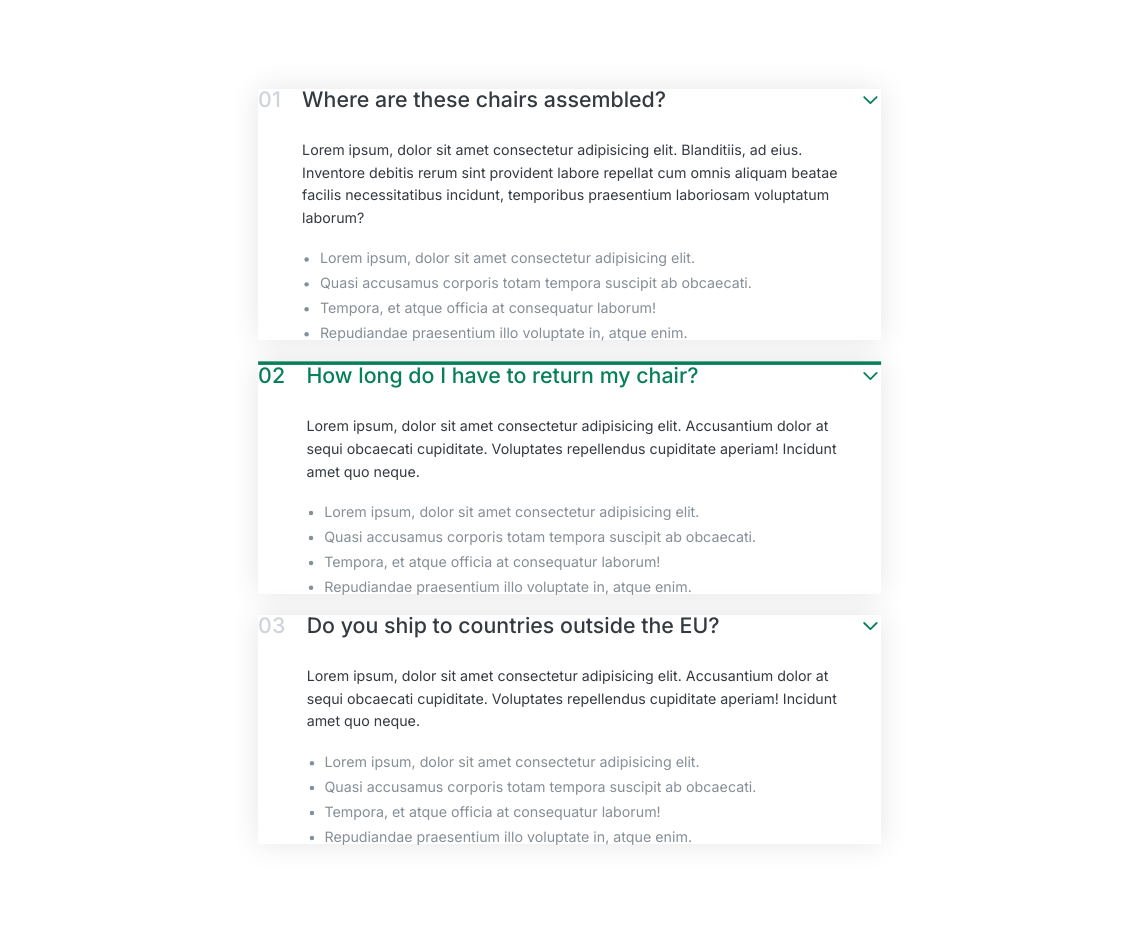
Repository: nghiakma/HTML-CSS-Fundamental
Page: Component_LayoutPatterns/accordion.html
The author's editor kept a copy of each file at every save. The page is drawn from the files as they stood at one save, then again after the next save.
The browser window is 1280 px wide. The pictures show the whole page, at 89% of full size.

Above is the page before, as saved 2023-08-26 11:14:42.

### Component_LayoutPatterns/accordion.html
<!DOCTYPE html>
<html lang="en">

<head>
  <meta charset="UTF-8">
  <meta name="viewport" content="width=device-width, initial-scale=1.0">
  <link href="https://fonts.googleapis.com/css2?family=Inter:wght@400;500;700&display=swap" rel="stylesheet" />
  <title>Accordion Component</title>
  <style>
    /*
      SPACING SYSTEM (px)
      2 / 4 / 8 / 12 / 16 / 24 / 32 / 48 / 64 / 80 / 96 / 128
      FONT SIZE SYSTEM (px)
      10 / 12 / 14 / 16 / 18 / 20 / 24 / 30 / 36 / 44 / 52 / 62 / 74 / 86 / 98
      */
    /*
      MAIN COLOR: #087f5b
      GREY COLOR: #343a40
      */
    * {
      margin: 0;
      padding: 0;
      box-sizing: border-box;
    }

    body {
      font-family: "Inter", sans-serif;
      color: #343a40;
      line-height: 1;
    }

    .accordion {
      width: 700px;
      margin: 100px auto;
      display: flex;
      flex-direction: column;
      gap: 24px;
    }

    .item {
      box-shadow: 0 0 32px rgba(0, 0, 0, 0.1);
      display: grid;
      grid-template-columns: auto 1fr auto;
      column-gap: 24px;
      row-gap: 32px;
      align-items: center;
    }

    .number,
    .text {
      font-size: 24px;
      font-weight: 500;
    }

    .number {
      color: #ced4da;
    }

    .icon {
      stroke: #087f5b;
      width: 24px;
      height: 24px;
    }

    .hidden-box {
      grid-column: 2;
    }

    .hidden-box p {
      line-height: 1.6;
      margin-bottom: 24px;
    }

    .hidden-box ul {
      color: #868e96;
      margin-left: 20px;
      display: flex;
      flex-direction: column;
      gap: 12px;
    }

    .open {
      border-top: 4px solid #087f5b;
    }

    .open .hidden-box {
      display: block;
    }

    .open .number,
    .open .text {
      color: #087f5b;
    }
  </style>
</head>
<!--Accordion la mot danh sach dc sap xep theo chieu doc hay chieu ngang
co chuc nang de hien thi hay an noi dung-->

<body>
  <div class="accordion">
    <div class="item">
      <p class="number">01</p>
      <p class="text">Where are these chairs assembled?</p>
      <svg xmlns="http://www.w3.org/2000/svg" class="icon" fill="none" viewBox="0 0 24 24" stroke="currentColor">
        <path stroke-linecap="round" stroke-linejoin="round" stroke-width="2" d="M19 9l-7 7-7-7" />
      </svg>
      <div class="hidden-box">
        <p>
          Lorem ipsum, dolor sit amet consectetur adipisicing elit. Blanditiis, ad eius. Inventore debitis rerum sint
          provident labore repellat cum omnis aliquam beatae facilis necessitatibus incidunt, temporibus praesentium
          laboriosam voluptatum laborum?
        </p>
        <ul>
          <li>Lorem ipsum, dolor sit amet consectetur adipisicing elit.</li>
          <li>
            Quasi accusamus corporis totam tempora suscipit ab obcaecati.
          </li>
          <li>Tempora, et atque officia at consequatur laborum!</li>
          <li>Repudiandae praesentium illo voluptate in, atque enim.</li>
        </ul>
      </div>
    </div>
    <div class="item open">
      <p class="number">02</p>
      <p class="text">How long do I have to return my chair?</p>
      <svg xmlns="http://www.w3.org/2000/svg" class="icon" fill="none" viewBox="0 0 24 24" stroke="currentColor">
        <path stroke-linecap="round" stroke-linejoin="round" stroke-width="2" d="M19 9l-7 7-7-7" />
      </svg>
      <div class="hidden-box">
        <p>
          Lorem ipsum, dolor sit amet consectetur adipisicing elit.
          Accusantium dolor at sequi obcaecati cupiditate. Voluptates
          repellendus cupiditate aperiam! Incidunt amet quo neque.
        </p>
        <ul>
          <li>Lorem ipsum, dolor sit amet consectetur adipisicing elit.</li>
          <li>
            Quasi accusamus corporis totam tempora suscipit ab obcaecati.
          </li>
          <li>Tempora, et atque officia at consequatur laborum!</li>
          <li>Repudiandae praesentium illo voluptate in, atque enim.</li>
        </ul>
      </div>
    </div>

    <div class="item">
      <p class="number">03</p>
      <p class="text">Do you ship to countries outside the EU?</p>
      <svg xmlns="http://www.w3.org/2000/svg" class="icon" fill="none" viewBox="0 0 24 24" stroke="currentColor">
        <path stroke-linecap="round" stroke-linejoin="round" stroke-width="2" d="M19 9l-7 7-7-7" />
      </svg>
      <div class="hidden-box">
        <p>
          Lorem ipsum, dolor sit amet consectetur adipisicing elit.
          Accusantium dolor at sequi obcaecati cupiditate. Voluptates
          repellendus cupiditate aperiam! Incidunt amet quo neque.
        </p>
        <ul>
          <li>Lorem ipsum, dolor sit amet consectetur adipisicing elit.</li>
          <li>
            Quasi accusamus corporis totam tempora suscipit ab obcaecati.
          </li>
          <li>Tempora, et atque officia at consequatur laborum!</li>
          <li>Repudiandae praesentium illo voluptate in, atque enim.</li>
        </ul>
      </div>
    </div>
  </div>
</body>

</html>

After the next save:
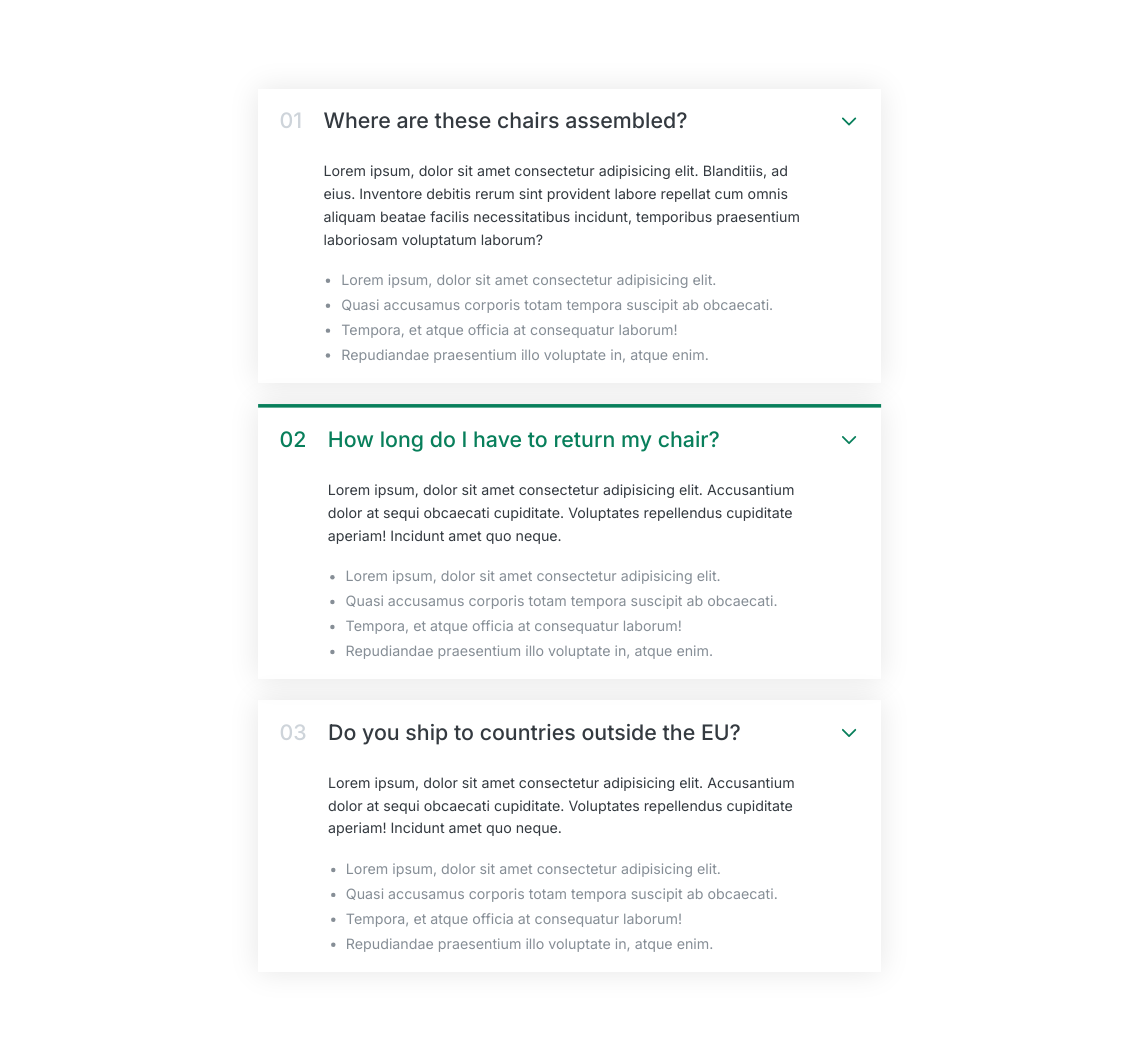
Saved 17 s later.
--- a/Component_LayoutPatterns/accordion.html
+++ b/Component_LayoutPatterns/accordion.html
@@ -39,6 +39,7 @@
 
     .item {
       box-shadow: 0 0 32px rgba(0, 0, 0, 0.1);
+      padding: 24px;
       display: grid;
       grid-template-columns: auto 1fr auto;
       column-gap: 24px;
